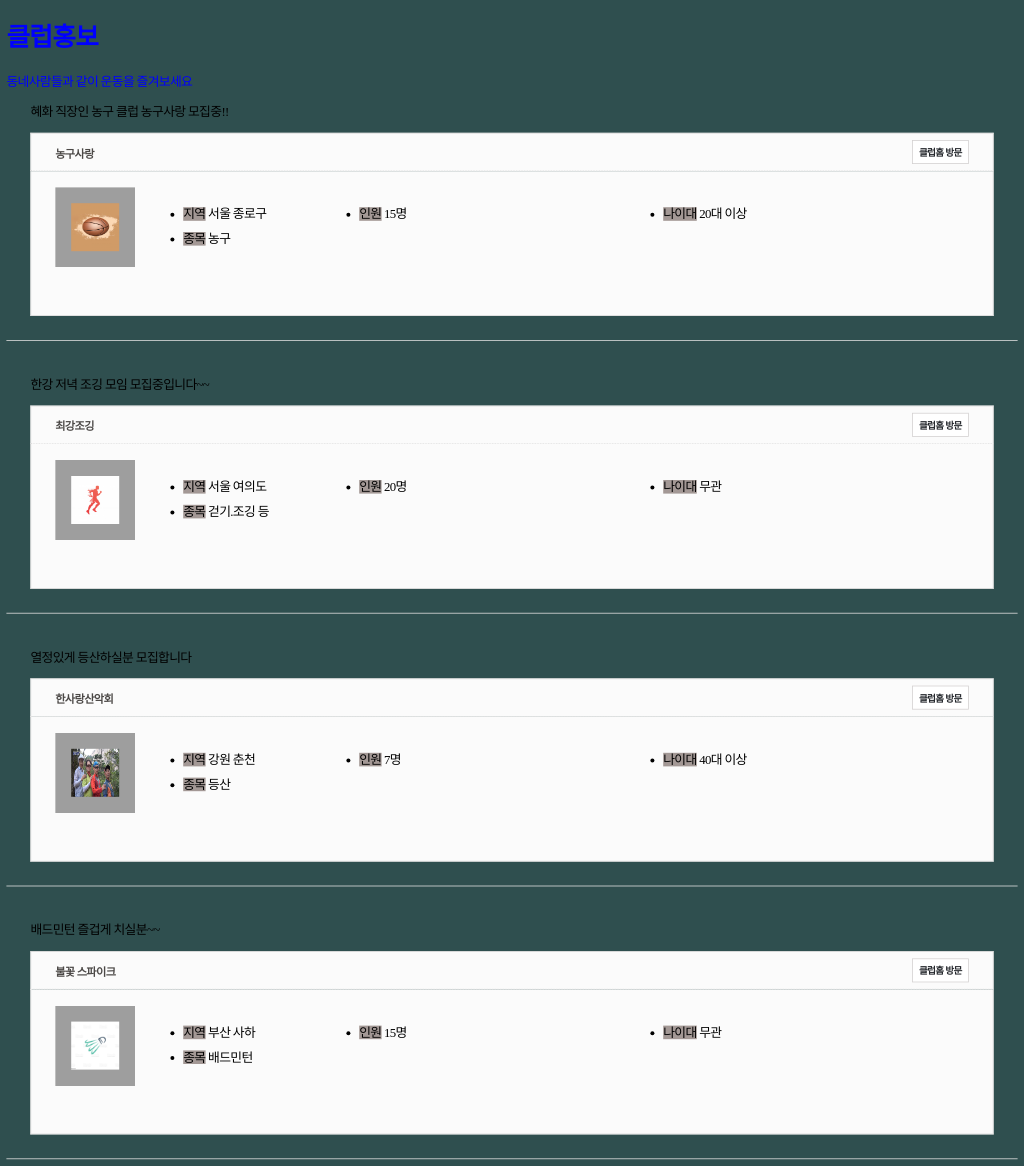
Repository: jaemin333/study
Page: club.html
These files come from the project's save history. The page is drawn as it stood at one moment and after the next save; the edit follows.
The browser window is 1280 px wide. The pictures show the whole page, at 80% of full size.
Pictures or frames that could not be fetched are drawn as grey boxes.

Above is the page before, as saved 2021-07-02 21:58:47.

### club.html
<!DOCTYPE html>
<html lang="ko">
<head>
    <meta charset="UTF-8">
    <meta http-equiv="X-UA-Compatible" content="IE=edge">
    <meta name="viewport" content="width=device-width, initial-scale=1.0">
    <link rel ="stylesheet" type = "text/css" href = "style.css">
    <title>club</title>
</head>
<body>
    <div class="title">
        <h1 class="h1">클럽홍보</h1>
        <span class = "sentence">동네사람들과 같이 운동을 즐겨보세요</span>
    </div>

    <div class = "clubList">
    <div class = "clubBox">
        <p class = "clubTip">
            <a>혜화 직장인 농구 클럽 농구사랑 모집중!!</a>
        </p>
    <div class ="cbClubName">
        <a>농구사랑</a>
        <a class ="iButton">클럽홈 방문</a>
    </div>

    <div class ="cbInfo">
        <div class="cbMark">
            <span class="clubmark">
                <img src = "bask.png" width="60" height=60">
        </div>
    <ul>
        <li>
            <span class = "info dark">지역</span>
             서울 종로구
        </li>
        <li style = "width:380px;">
            <span class = "info dark">인원</span>
             15명
        </li>
        <li style = "width:380px;">
            <span class = "info dark">나이대</span>
             20대 이상
        </li>
        <li style = "width:380px;">
            <span class = "info dark">종목</span>
             농구
        </li>
    </ul>
    </div>
    </div>
    </div>

    <div class = "clubList">
        <div class = "clubBox">
            <p class = "clubTip">
                <a>한강 저녁 조깅 모임 모집중입니다~~</a>
            </p>
        <div class ="cbClubName">
            <a>최강조깅</a>
            <a class ="iButton">클럽홈 방문</a>
        </div>

        <div class ="cbInfo">
            <div class="cbMark">
                <span class="clubmark">
                    <img src = "run.jpg" width="60" height="60">
            </div>
        <ul>
            <li>
                <span class = "info dark">지역</span>
                 서울 여의도
            </li>
            <li style = "width:380px;">
                <span class = "info dark">인원</span>
                 20명
            </li>
            <li style = "width:380px;">
                <span class = "info dark">나이대</span>
                 무관
            </li>
            <li style = "width:380px;">
                <span class = "info dark">종목</span>
                 걷기.조깅 등
            </li>
        </ul>
        </div>
        </div>
        </div>

        <div class = "clubList">
            <div class = "clubBox">
                <p class = "clubTip">
                    <a>열정있게 등산하실분 모집합니다</a>
                </p>
            <div class ="cbClubName">
                <a>한사랑산악회</a>
                <a class ="iButton">클럽홈 방문</a>
            </div>

            <div class ="cbInfo">
                <div class="cbMark">
                    <span class="clubmark">
                        <img src = "hike.png" width="60" height="60">
                </div>
            <ul>
                <li>
                    <span class = "info dark">지역</span>
                     강원 춘천
                </li>
                <li style = "width:380px;">
                    <span class = "info dark">인원</span>
                     7명
                </li>
                <li style = "width:380px;">
                    <span class = "info dark">나이대</span>
                     40대 이상
                </li>
                <li style = "width:380px;">
                    <span class = "info dark">종목</span>
                     등산
                </li>
            </ul>
            </div>
            </div>
            </div>


            <div class = "clubList">
                <div class = "clubBox">
                    <p class = "clubTip">
                        <a>배드민턴 즐겁게 치실분~~</a>
                    </p>
                <div class ="cbClubName">
                    <a>불꽃 스파이크</a>
                    <a class ="iButton">클럽홈 방문</a>
                </div>

                <div class ="cbInfo">
                    <div class="cbMark">
                        <span class="clubmark">
                            <img src = "badminton.jpg" width="60" height="60">
                    </div>
                <ul>
                    <li>
                        <span class = "info dark">지역</span>
                         부산 사하
                    </li>
                    <li style = "width:380px;">
                        <span class = "info dark">인원</span>
                         15명
                    </li>
                    <li style = "width:380px;">
                        <span class = "info dark">나이대</span>
                         무관
                    </li>
                    <li style = "width:380px;">
                        <span class = "info dark">종목</span>
                         배드민턴
                    </li>
                </ul>
                </div>
                </div>
                </div>








</body>
</html>

### style.css
div {
    display:block;
}



body {
    background-color: darkslategrey;
    word-break: break-all;
    -ms-word-break: break-all;
    letter-spacing: -0.050em;
}


.clubBox{
    position: relative;
    padding: 25px 30px 30px 30px;
    border-bottom: 1px solid #dddddd;
}


ul{
    display: block;
    margin-block-start: 1em;
    margin-block-end: 1em;
    margin-inline-start: 0px;
    margin-inline-end: 0px;
    padding-inline-start: 40px;
}

.clubBox li .info.dark{
    background-color: #a39895;
}

.iButton {
    display: inline-block;
    height: 18px;
    padding: 5px 8px;
    font-size: 12px;
    font-weight: bold;
    color: #24272c;
    text-align: center;
    background-color: white;
    border: 1px solid #d4d1d1;
}

.clubBox .iButton {
    position: absolute;
    top: 8px;
    right: 30px;
}

li {
    display: list-item;
    text-align: -webkit-match-parent;
}

.clubBox .cbInfo li {
    float: left;
    width: 220px;
    margin: 4px 0 3px 0;
    font-size: 16px;
    color: black;
}

.cbClubName {
    padding-bottom: 10px;
}

.clubBox .cbInfo {
    position: relative;
    padding: 20px;
    padding-left: 150px;
    border: 1px solid #dadada;
    border-top: 0;
    background-color: #fbfbfb;
    height:140px;
}

.clubBox .clubTit {
    margin-bottom: 15px;
    font-size: 16px;
    font-weight: bold;
    color: black;
}

p {
    display: block;
    margin-block-start: 1em;
    margin-block-end: 1em;
    margin-inline-start: 0px;
    margin-inline-end: 0px;
}

.clubBox .cbClubName {
    position: relative;
    padding: 14px 30px 12px 30px;
    font-size: 14px;
    font-weight: bold;
    color: #4b4846;
    border: 1px solid #dadada;
    border-bottom: 1px dotted #dddddd;
    background-color: #fbfbfb;
}

.clubBox .cbMark {
    position: absolute;
    top: 20px;
    left: 30px;
    background: url(https://img.sa.nexon.com/assets/clan/clamark_bg.jpg) no-repeat;
    width: 60px;
    height: 60px;
    padding: 20px 20px;
}

.clubTip a {
    color: black;
    text-decoration: none;
}

.title {
    position: relative;
    height: 39px;
    margin: 0 0 25px 0;
    font-size: 16px;
    color: blue;
}

After the next save:
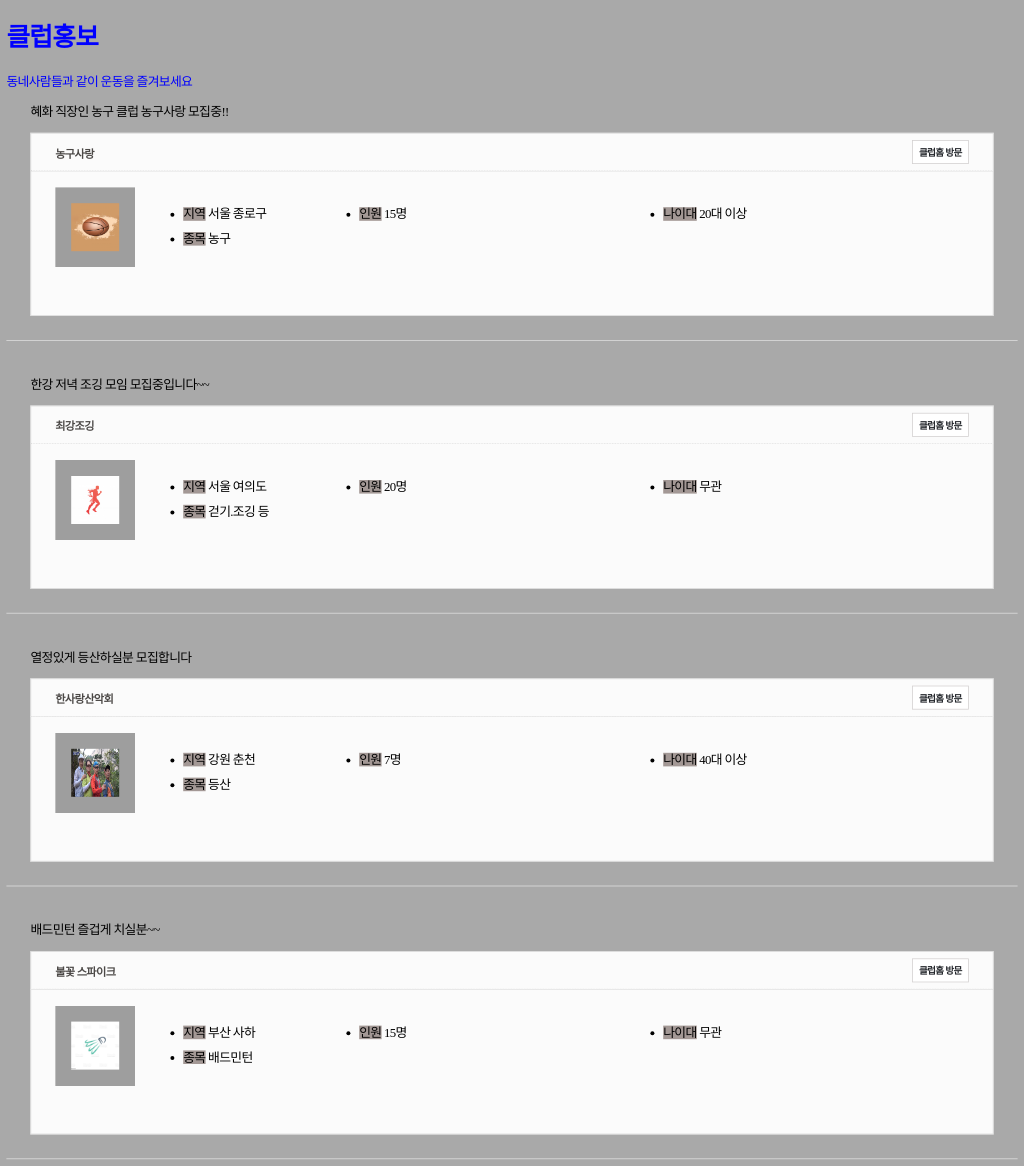
Saved 16 s later.
--- a/style.css
+++ b/style.css
@@ -5,7 +5,7 @@ div {
 
 
 body {
-    background-color: darkslategrey;
+    background-color: darkgray;
     word-break: break-all;
     -ms-word-break: break-all;
     letter-spacing: -0.050em;
